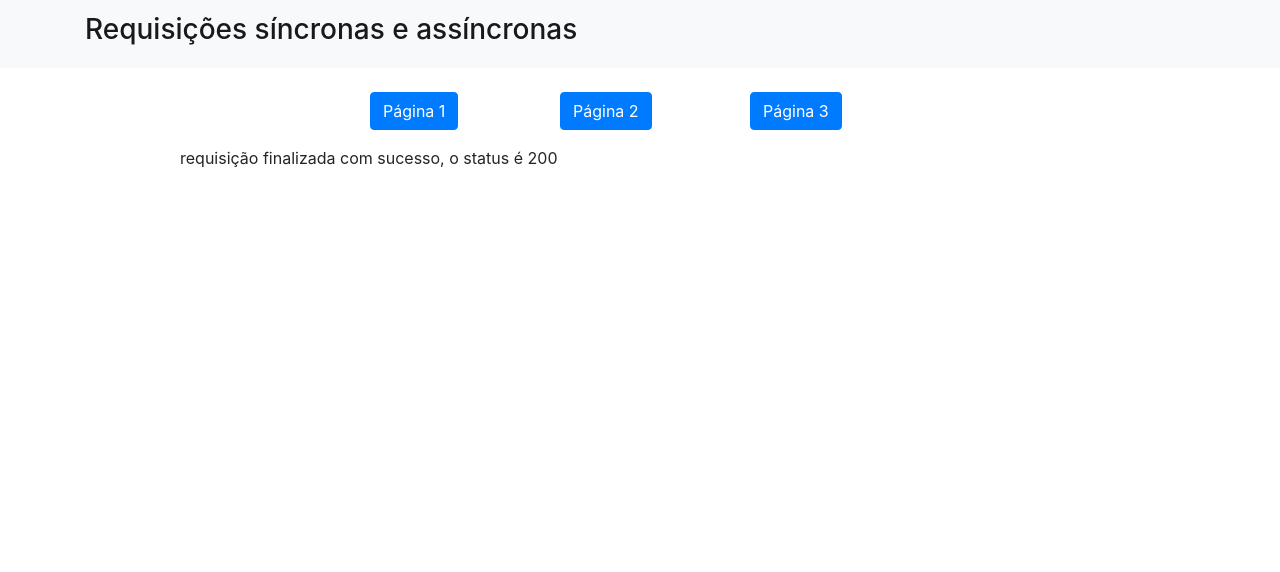
Repository: FredeRibeiro/htdocs-Desenvolvimento-Web-Completo-2019
Page: ajax/requisicoes_assincronas.html
These files come from the project's save history. The page is drawn as it stood at one moment and after the next save; the edit follows.
The browser window is 1280 px wide. The pictures show the whole page.
After loading, the first visible `a.btn` was clicked once.

Above is the page before, as saved 2019-10-16 11:25:09.

### ajax/requisicoes_assincronas.html
<!DOCTYPE HTML>
<html lang="pt-br">
	<head>
		<meta charset="UTF-8">

		<title>Requisições assíncronas</title>

		<!-- bootstrap - link cdn -->
		<link rel="stylesheet" href="https://stackpath.bootstrapcdn.com/bootstrap/4.1.3/css/bootstrap.min.css" integrity="sha384-MCw98/SFnGE8fJT3GXwEOngsV7Zt27NXFoaoApmYm81iuXoPkFOJwJ8ERdknLPMO" crossorigin="anonymous">

		<script>

			function requisitarPagina(url) {

				document.getElementById('conteudo').innerHTML = ''

				//incluir o gif de loading na página
				if(!document.getElementById('loading')) {
					let imgLoading = document.createElement('img')
					imgLoading.id = 'loading'
					imgLoading.src = 'loading.gif'
					imgLoading.className = 'rounded mx-auto d-block'

					document.getElementById('conteudo').appendChild(imgLoading)
				}

				let ajax = new XMLHttpRequest();

				console.log(ajax);


				//requisição não iniciada, state = 0
				//console.log(ajax.readyState)

				ajax.open('GET', url)

				//conexão estabelecida com o servidor, state = 1
				//console.log(ajax.readyState)


				//de alguma lógica que fique olhando para o progresso da req
				ajax.onreadystatechange = () => {
					if(ajax.readyState == 4 && ajax.status == 200) {

						document.getElementById('conteudo').innerHTML = 'requisição finalizada com sucesso, o status é 200'
						//document.getElementById('loading').remove()
					}

					if(ajax.readyState == 4 && ajax.status == 404) {

						document.getElementById('conteudo').innerHTML = 'requisição finalizada, porém o recurso solicitado não foi encontrado, o status é 404'
						//document.getElementById('loading').remove()
					}
				}

				ajax.send()
				//console.log(ajax)
			}

		</script>

	</head>

	<body>

		<!-- Static navbar -->
	    <nav class="navbar navbar-light bg-light mb-4">
	      <div class="container">
	        <div class="navbar-brand mb-0 h1">
	        	<h3>Requisições síncronas e assíncronas</h3>
	        </div>
	      </div>
	    </nav>


	    <div class="container">

	    	<div class="row mb-2 d-flex justify-content-center">
	    		<div class="col-sm-2 mb-2">
	    			<a href="#" class="btn btn-primary" onclick="requisitarPagina('pagina_1_conteudo.php')">Página 1</a>
	    		</div>
	    		<div class="col-sm-2 mb-2">
	    			<a href="#" class="btn btn-primary" onclick="requisitarPagina('pagina_5_conteudo.html')">Página 2</a>
	    		</div>
	    		<div class="col-sm-2 mb-2">
	    			<a href="#" class="btn btn-primary" onclick="requisitarPagina('pagina_3_conteudo.html')">Página 3</a>
	    		</div>
	    	</div>

	    	<div class="row">
		    	<div class="col-md-1"></div>

		    	<div class="col-md-10" id="conteudo"></div>

				<div class="col-md-1"></div>
			</div>

		</div>
	</body>
</html>

After the next save:
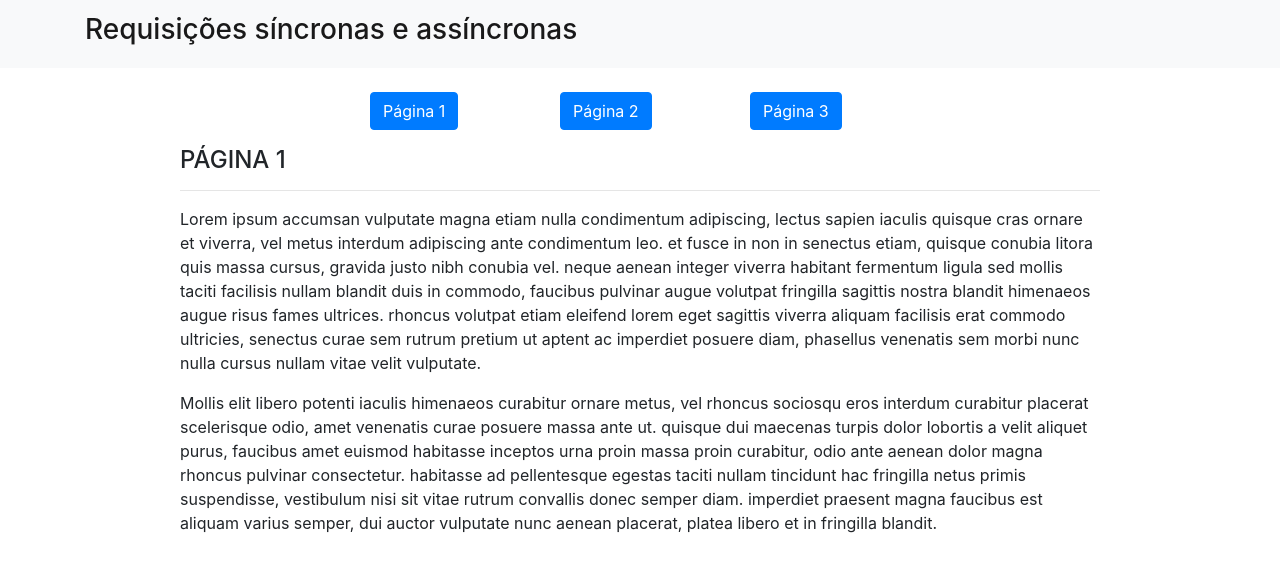
Saved 56 s later.
--- a/ajax/requisicoes_assincronas.html
+++ b/ajax/requisicoes_assincronas.html
@@ -26,8 +26,6 @@
 
 				let ajax = new XMLHttpRequest();
 
-				console.log(ajax);
-
 
 				//requisição não iniciada, state = 0
 				//console.log(ajax.readyState)
@@ -42,7 +40,7 @@
 				ajax.onreadystatechange = () => {
 					if(ajax.readyState == 4 && ajax.status == 200) {
 
-						document.getElementById('conteudo').innerHTML = 'requisição finalizada com sucesso, o status é 200'
+						document.getElementById('conteudo').innerHTML = ajax.response
 						//document.getElementById('loading').remove()
 					}
 
